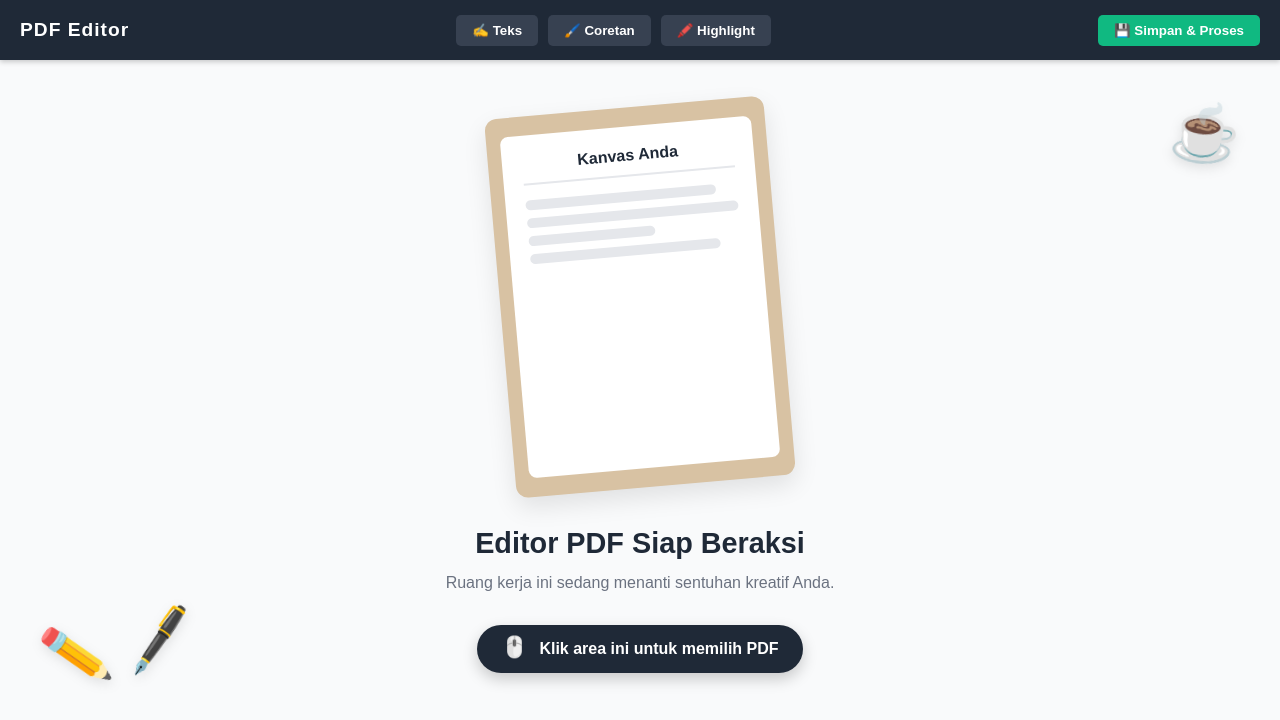
Repository: IkhsanMoekhtar/pdf_editor
Page: /
An editor plug-in stored every save of this project. The page is shown before and after the next save, followed by the edit.
The browser window is 1280 px wide. The pictures show the whole page.
The project was rebuilt for these pictures with package versions that can differ from the ones it lists, and the page was loaded fresh each time. Also part of the build but not shown: vite.config.js.

Above is the page before, as saved 2026-03-18 04:58:02.

After the next save:
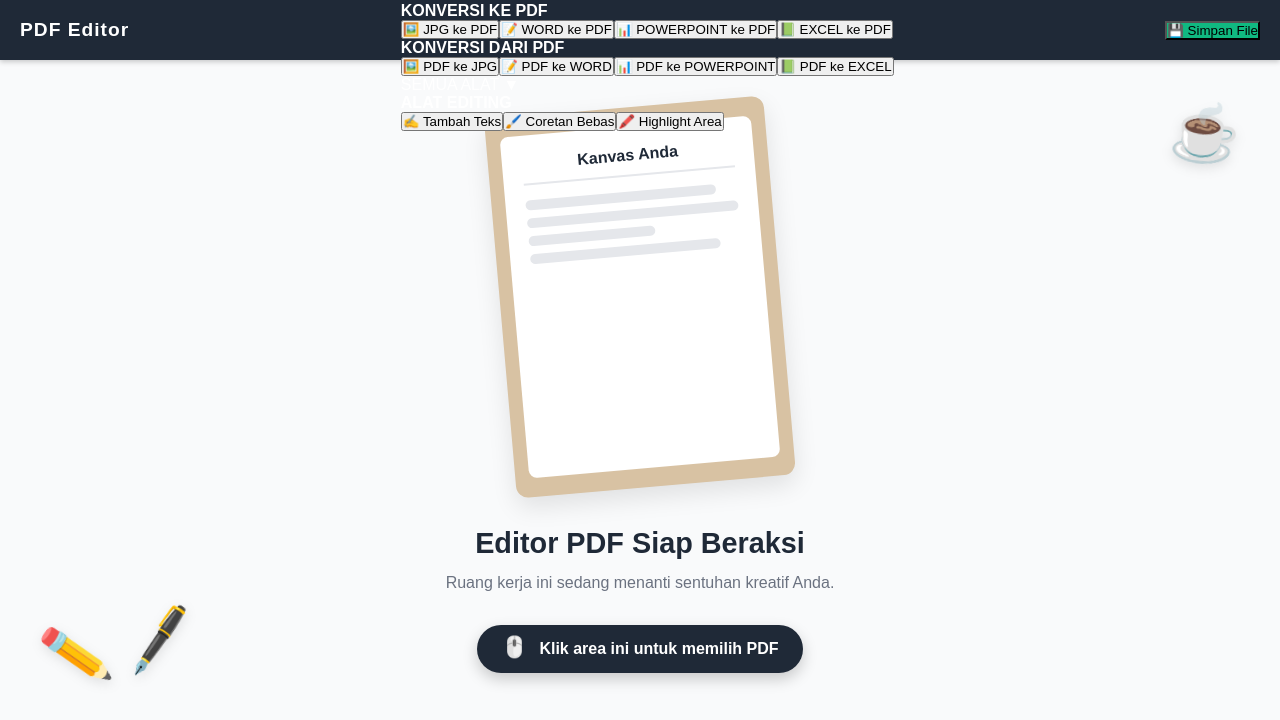
Saved 25 s later.
--- a/src/App.jsx
+++ b/src/App.jsx
@@ -4,15 +4,12 @@ import './App.css';
 function App() {
   const [pdfFile, setPdfFile] = useState(null);
   const [activeTool, setActiveTool] = useState(null);
-
-  // Membuat referensi untuk elemen input file yang disembunyikan
   const fileInputRef = useRef(null);
 
   const handleFileUpload = (event) => {
     const file = event.target.files[0];
     if (file && file.type === 'application/pdf') {
-      const fileUrl = URL.createObjectURL(file);
-      setPdfFile(fileUrl);
+      setPdfFile(URL.createObjectURL(file));
     } else {
       alert("Mohon unggah file dengan format PDF.");
     }
@@ -26,34 +23,68 @@ function App() {
     }
   };
 
-  // Fungsi yang dijalankan saat area kosong diklik
   const triggerUpload = () => {
-    fileInputRef.current.click(); // Memicu klik pada input file yang asli
+    fileInputRef.current.click();
   };
 
   return (
     <div className="app-container">
 
-      {/* --- TOPBAR: Menu Editing Utama --- */}
+      {/* --- TOPBAR: Mega Menu Navigation --- */}
       <header className="topbar">
         <div className="brand">
           <strong>PDF Editor</strong>
         </div>
 
-        <div className="tools-group">
-          <button className={`tool-btn ${activeTool === 'text' ? 'active' : ''}`} onClick={() => handleToolClick('text')}>
-            ✍️ Teks
-          </button>
-          <button className={`tool-btn ${activeTool === 'draw' ? 'active' : ''}`} onClick={() => handleToolClick('draw')}>
-            🖌️ Coretan
-          </button>
-          <button className={`tool-btn ${activeTool === 'highlight' ? 'active' : ''}`} onClick={() => handleToolClick('highlight')}>
-            🖍️ Highlight
-          </button>
-        </div>
+        {/* Kontainer Menu Utama */}
+        <nav className="main-nav">
+          <div className="nav-item">GABUNG PDF</div>
+          <div className="nav-item">PISAH PDF</div>
+          <div className="nav-item">KOMPRES PDF</div>
 
-        <button className="tool-btn save-btn" onClick={() => handleToolClick('save')}>
-          💾 Simpan & Proses
+          {/* Menu dengan Dropdown Besar (Mega Menu) */}
+          <div className="nav-item has-dropdown">
+            KONVERSI PDF <span className="arrow">▼</span>
+
+            {/* Isi Dropdown */}
+            <div className="dropdown-menu mega-menu">
+              <div className="dropdown-column">
+                <h4>KONVERSI KE PDF</h4>
+                <button className="dropdown-btn">🖼️ JPG ke PDF</button>
+                <button className="dropdown-btn">📝 WORD ke PDF</button>
+                <button className="dropdown-btn">📊 POWERPOINT ke PDF</button>
+                <button className="dropdown-btn">📗 EXCEL ke PDF</button>
+              </div>
+              <div className="dropdown-column">
+                <h4>KONVERSI DARI PDF</h4>
+                <button className="dropdown-btn">🖼️ PDF ke JPG</button>
+                <button className="dropdown-btn">📝 PDF ke WORD</button>
+                <button className="dropdown-btn">📊 PDF ke POWERPOINT</button>
+                <button className="dropdown-btn">📗 PDF ke EXCEL</button>
+              </div>
+            </div>
+          </div>
+
+          {/* Menu Alat Edit Kita Sebelumnya */}
+          <div className="nav-item has-dropdown">
+            SEMUA ALAT <span className="arrow">▼</span>
+            <div className="dropdown-menu single-menu">
+              <h4>ALAT EDITING</h4>
+              <button className={`dropdown-btn ${activeTool === 'text' ? 'active' : ''}`} onClick={() => handleToolClick('text')}>
+                ✍️ Tambah Teks
+              </button>
+              <button className={`dropdown-btn ${activeTool === 'draw' ? 'active' : ''}`} onClick={() => handleToolClick('draw')}>
+                🖌️ Coretan Bebas
+              </button>
+              <button className={`dropdown-btn ${activeTool === 'highlight' ? 'active' : ''}`} onClick={() => handleToolClick('highlight')}>
+                🖍️ Highlight Area
+              </button>
+            </div>
+          </div>
+        </nav>
+
+        <button className="save-btn" onClick={() => handleToolClick('save')}>
+          💾 Simpan File
         </button>
       </header>
 
@@ -61,28 +92,11 @@ function App() {
       <main className="workspace">
         <div className="viewer-container">
           {pdfFile ? (
-            <iframe
-              src={pdfFile}
-              width="100%"
-              height="100%"
-              title="PDF Viewer"
-              style={{ border: 'none' }}
-            />
+            <iframe src={pdfFile} width="100%" height="100%" title="PDF Viewer" style={{ border: 'none' }} />
           ) : (
-            // --- AREA KOSONG (KLIK UNTUK UPLOAD) ---
-            // Tambahkan event onClick ke kontainer utama
             <div className="empty-state desktop-scene" onClick={triggerUpload}>
+              <input type="file" accept="application/pdf" style={{ display: 'none' }} ref={fileInputRef} onChange={handleFileUpload} />
 
-              {/* INPUT FILE TERSEMBUNYI */}
-              <input
-                type="file"
-                accept="application/pdf"
-                style={{ display: 'none' }}
-                ref={fileInputRef}
-                onChange={handleFileUpload}
-              />
-
-              {/* Dekorasi Papan Klip */}
               <div className="clipboard">
                 <div className="clipboard-paper">
                   <div className="clipboard-header">Kanvas Anda</div>
@@ -95,17 +109,14 @@ function App() {
                 </div>
               </div>
 
-              {/* Dekorasi Meja */}
               <div className="desk-item coffee-cup">☕️</div>
               <div className="desk-item pens">✏️ 🖋️</div>
 
-              {/* Pesan */}
               <div className="message-container">
                 <h3>Editor PDF Siap Beraksi</h3>
                 <p>Ruang kerja ini sedang menanti sentuhan kreatif Anda.</p>
               </div>
 
-              {/* Petunjuk Memulai */}
               <div className="start-hint-pil">
                 <span className="bouncy-arrow">🖱️</span> Klik area ini untuk memilih PDF
               </div>
